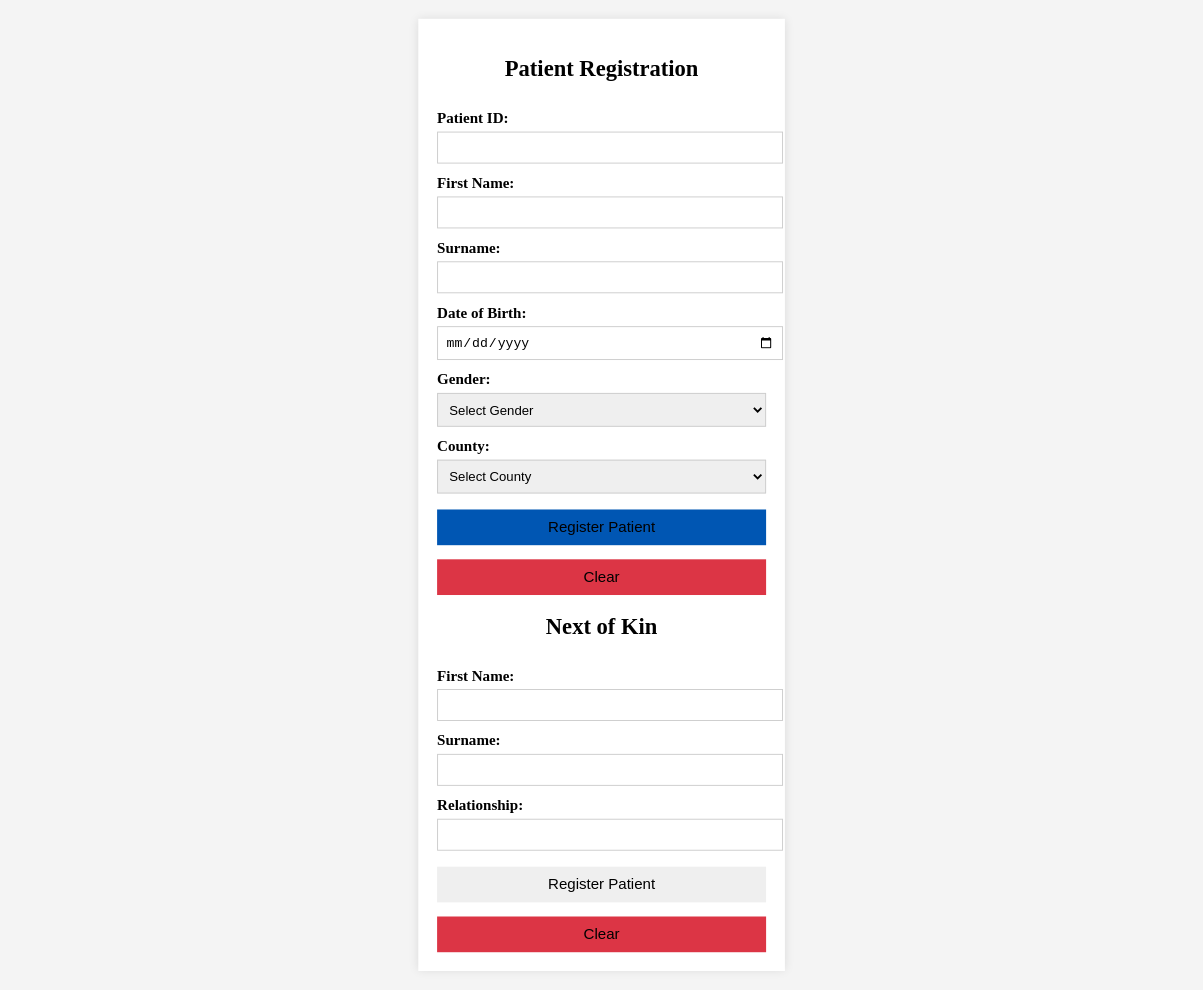
Repository: EphrahimLaanyu123/wsp
Page: Registration.html
An editor plug-in stored every save of this project. The page is shown before and after the next save, followed by the edit.
The browser window is 1280 px wide. The pictures show the whole page, at 94% of full size.
The pointer rests on the first visible `button`.

Above is the page before, as saved 2025-03-14 08:46:49.

### Registration.html
<!DOCTYPE html>
<html lang="en">
<head>
    <meta charset="UTF-8">
    <meta name="viewport" content="width=device-width, initial-scale=1.0">
    <title>Patient Registration</title>
    <link rel="stylesheet" href="registration.css">
</head>
<body>

    <section>
        <h1>Patient Registration</h1>
        <form id="registrationForm" action="registration.php" method="post" novalidate>
            <label for="patientId">Patient ID:</label>
            <input type="text" id="patientId" name="patientId" required>
            <span class="error" id="patientIdError"></span>

            <label for="firstName">First Name:</label>
            <input type="text" id="firstName" name="firstName" required>
            <span class="error" id="firstNameError"></span>

            <label for="surname">Surname:</label>
            <input type="text" id="surname" name="surname" required>
            <span class="error" id="surnameError"></span>

            <label for="dateOfBirth">Date of Birth:</label>
            <input type="date" id="dateOfBirth" name="dateOfBirth" required>
            <span class="error" id="dateOfBirthError"></span>

            <label for="gender">Gender:</label>
            <select id="gender" name="gender" required>
                <option value="">Select Gender</option>
                <option value="Male">Male</option>
                <option value="Female">Female</option>
                <option value="Other">Other</option>
            </select>
            <span class="error" id="genderError"></span>

            <label for="county">County:</label>
            <select id="county" name="county" required>
                <option value="">Select County</option>
                <option value="Baringo">Baringo</option>
                <option value="Bomet">Bomet</option>
                <option value="Bungoma">Bungoma</option>
                <option value="Busia">Busia</option>
                <option value="Elgeyo Marakwet">Elgeyo Marakwet</option>
                <option value="Embu">Embu</option>
                <option value="Garissa">Garissa</option>
                <option value="Homa Bay">Homa Bay</option>
                <option value="Isiolo">Isiolo</option>
                <option value="Kajiado">Kajiado</option>
                <option value="Kakamega">Kakamega</option>
                <option value="Kericho">Kericho</option>
                <option value="Kiambu">Kiambu</option>
                <option value="Kilifi">Kilifi</option>
                <option value="Kirinyaga">Kirinyaga</option>
                <option value="Kisii">Kisii</option>
                <option value="Kisumu">Kisumu</option>
                <option value="Kitui">Kitui</option>
                <option value="Kwale">Kwale</option>
                <option value="Laikipia">Laikipia</option>
                <option value="Lamu">Lamu</option>
                <option value="Machakos">Machakos</option>
                <option value="Makueni">Makueni</option>
                <option value="Mandera">Mandera</option>
                <option value="Marsabit">Marsabit</option>
                <option value="Meru">Meru</option>
                <option value="Migori">Migori</option>
                <option value="Mombasa">Mombasa</option>
                <option value="Murang'a">Murang'a</option>
                <option value="Nairobi">Nairobi</option>
                <option value="Nakuru">Nakuru</option>
                <option value="Nandi">Nandi</option>
                <option value="Narok">Narok</option>
                <option value="Nyamira">Nyamira</option>
                <option value="Nyandarua">Nyandarua</option>
                <option value="Nyeri">Nyeri</option>
                <option value="Samburu">Samburu</option>
                <option value="Siaya">Siaya</option>
                <option value="Taita Taveta">Taita Taveta</option>
                <option value="Tana River">Tana River</option>
                <option value="Tharaka Nithi">Tharaka Nithi</option>
                <option value="Trans Nzoia">Trans Nzoia</option>
                <option value="Turkana">Turkana</option>
                <option value="Uasin Gishu">Uasin Gishu</option>
                <option value="Vihiga">Vihiga</option>
                <option value="Wajir">Wajir</option>
                <option value="West Pokot">West Pokot</option>
            </select>

            <span class="error" id="countyError"></span>
            <button type="submit">Register Patient</button>
            <button type="button" id="clearForm">Clear</button>


            <h2>Next of Kin</h2>
            <label for="nokFirstName">First Name:</label>
            <input type="text" id="nokFirstName" name="nokFirstName" required>
            <span class="error" id="nokFirstNameError"></span>

            <label for="nokSurname">Surname:</label>
            <input type="text" id="nokSurname" name="nokSurname" required>
            <span class="error" id="nokSurnameError"></span>

            <label for="nokRelationship">Relationship:</label>
            <input type="text" id="nokRelationship" name="nokRelationship" required>
            <span class="error" id="nokRelationshipError"></span>

            <button type="submit">Register Patient</button>
            <button type="button" id="clearForm">Clear</button>
        </form>
    </section>

    <script src="script.js"></script>
    <script>
        const form = document.getElementById('registrationForm');
        const clearFormButton = document.getElementById('clearForm');

        form.addEventListener('submit', function(event) {
            event.preventDefault();
            let isValid = validateForm();
            if (isValid) {
                form.submit();
            }
        });

        clearFormButton.addEventListener('click', function() {
            form.reset();
            document.querySelectorAll('.error').forEach(error => error.textContent = '');
        });

        function validateForm() {
            let isValid = true;
            isValid &= validateField('patientId', 'Patient ID is required');
            isValid &= validateField('firstName', 'First Name is required');
            isValid &= validateField('surname', 'Surname is required');
            isValid &= validateField('dateOfBirth', 'Date of Birth is required');
            isValid &= validateDropdown('gender', 'Gender is required');
            isValid &= validateDropdown('county', 'County is required');
            isValid &= validateField('nokFirstName', 'Next of Kin First Name is required');
            isValid &= validateField('nokSurname', 'Next of Kin Surname is required');
            isValid &= validateField('nokRelationship', 'Next of Kin Relationship is required');
            return isValid;
        }

        function validateField(fieldId, errorMessage) {
            const field = document.getElementById(fieldId);
            const errorSpan = document.getElementById(fieldId + 'Error');
            if (field.value.trim() === '') {
                field.classList.add('invalid');
                errorSpan.textContent = errorMessage;
                return false;
            } else {
                field.classList.remove('invalid');
                errorSpan.textContent = '';
                return true;
            }
        }

        function validateDropdown(fieldId, errorMessage) {
            const field = document.getElementById(fieldId);
            const errorSpan = document.getElementById(fieldId + 'Error');
            if (field.value === '') {
                field.classList.add('invalid');
                errorSpan.textContent = errorMessage;
                return false;
            } else {
                field.classList.remove('invalid');
                errorSpan.textContent = '';
                return true;
            }
        }
    </script>
</body>
</html>

### registration.css


.error {
    color: red;
    font-size: 0.8em;
}

.invalid {
    border: 1px solid red;
}
#registrationForm {
    display: flex;
    flex-direction: column;
}

body {
    background-color: #f4f4f4;
    margin: 0;
    padding: 20px;
    display: flex;
    justify-content: center;
}

section {
    background: white;
    padding: 20px;
    box-shadow: 0px 0px 10px rgba(0, 0, 0, 0.1);
    width: 350px;
}

h1, h2 {
    text-align: center;
}

form {
    display: flex;
    flex-direction: column;
}

label {
    font-weight: bold;
    margin-top: 10px;
}

input, select, textarea {
    width: 100%;
    padding: 8px;
    margin-top: 5px;
    border: 1px solid #ccc;
    font-size: 14px;
}

input.invalid, select.invalid {
    border-color: red;
}

.error {
    color: red;
    font-size: 12px;
    margin-top: 2px;
}

button {
    margin-top: 15px;
    padding: 10px;
    border: none;
    color: black;
    font-size: 16px;
    cursor: pointer;
}

button:hover {
    background: #0056b3;
}

button#clearForm {
    background: #dc3545;
}

button#clearForm:hover {
    background: #b52b3a;
}

Loaded but not shown: script.js (no stored copy; drawn as an empty file)

After the next save:
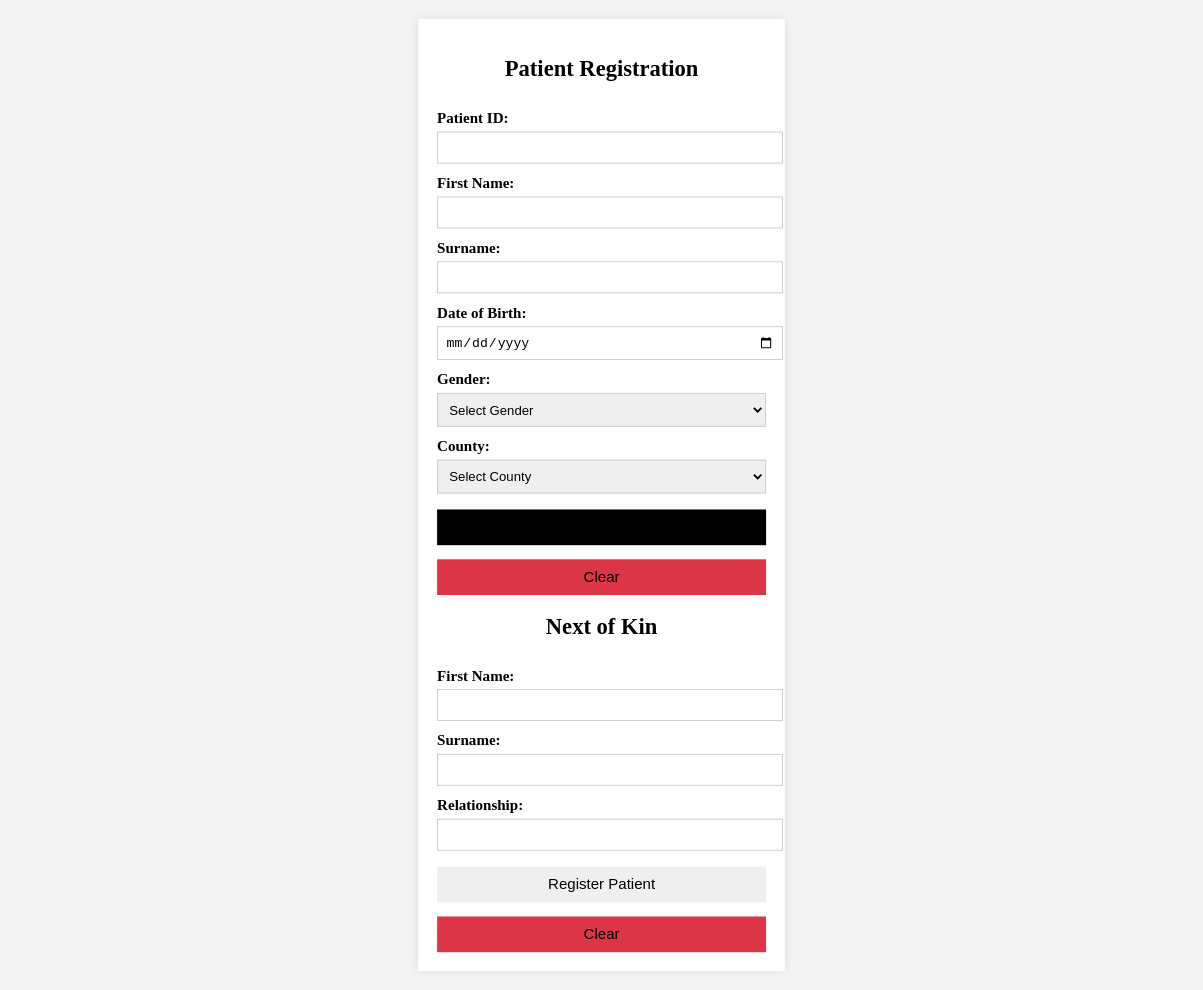
Saved 10 s later.
--- a/registration.css
+++ b/registration.css
@@ -70,7 +70,7 @@
 }
 
 button:hover {
-    background: #0056b3;
+    background: #000000;
 }
 
 button#clearForm {
